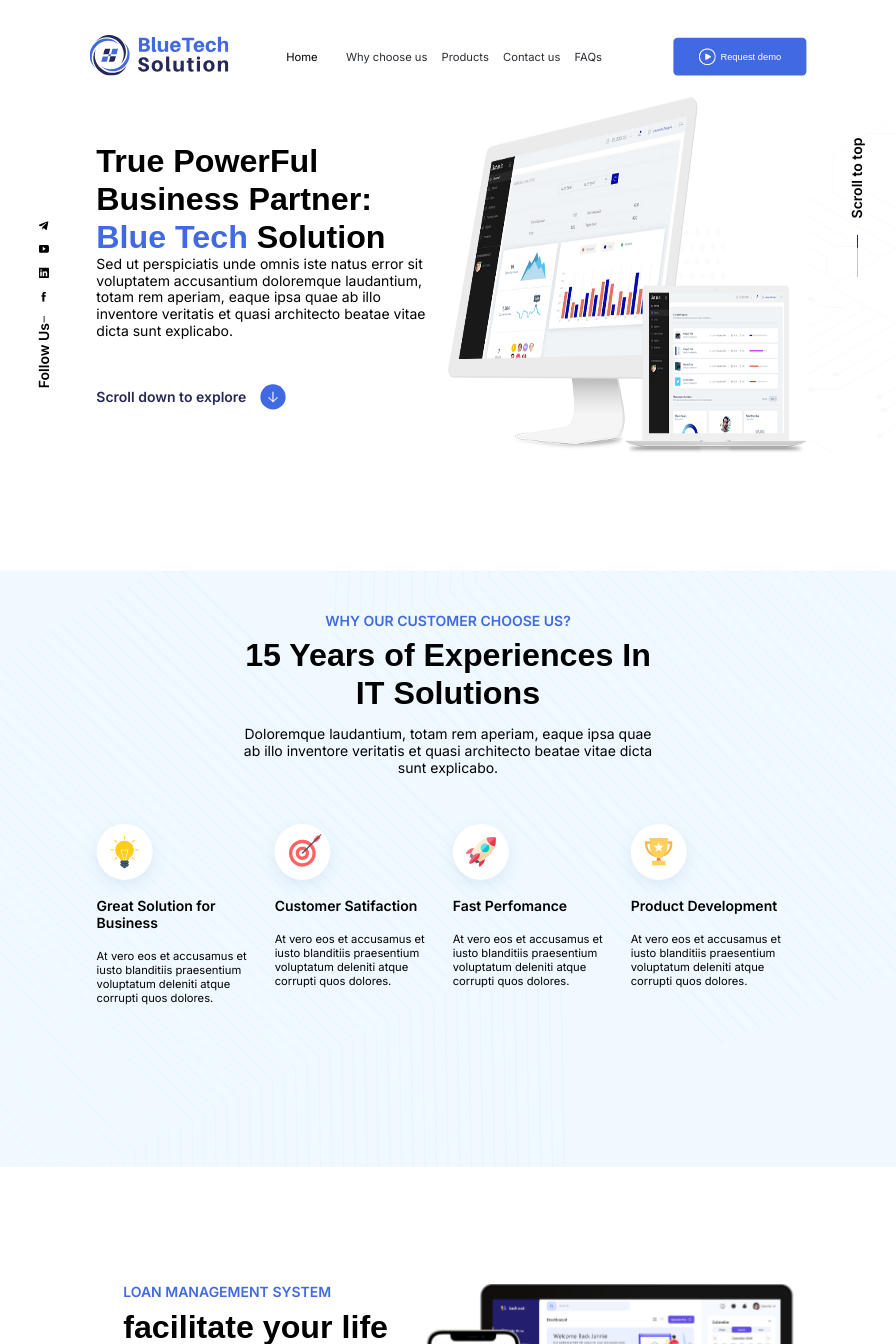
Repository: Chamsmey/static-html-css
Page: index.html
An editor plug-in stored every save of this project. The page is shown before and after a run of saves, followed by the edit.
The browser window is 1280 px wide. The pictures show the part of the page from y = 0 to 1920 px (the page is 3034 px tall), at 70% of full size.
Some web fonts or font styles are not loaded; a fallback is used.

Above is the page before, as saved 2022-11-15 15:50:09.

### index.html
<!DOCTYPE html>
<html lang="en">

<head>
    <meta charset="UTF-8">
    <meta http-equiv="X-UA-Compatible" content="IE=edge">
    <meta name="viewport" content="width=device-width, initial-scale=1.0">
    <title>Blue Tech Solution</title>
    <link rel="stylesheet" href="./css/style.css">
    <link rel="shortcut icon" href="./icons/BlueTech solution _ Logo.svg" type="image/x-icon">
</head>

<body>

    <!-- /// navbar  -->
    <div class="container">
        <nav>
            <div class="logo_group">
                <img src="./icons/BlueTech solution _ Logo.svg" alt="">
            </div>
            <ul class="nav_menu flex_evenly_center">
                <a href="#">
                    <li class="menu_items">Home</li>
                </a>
                <a href="#choose_us">
                    <li class="menu_items">Why choose us
                </a>
                <a href="#products">
                    <li class="menu_items">Products
                </a>
                <a href="#contact">
                    <li class="menu_items">Contact us
                </a>
                <a href="#faq">
                    <li class="menu_items">FAQs</li>
                </a>
            </ul>
            <button class="btn btn_primary">
                <img src="./icons/icon_play_circle.svg" alt="">
                <span>Request demo</span>
            </button>
        </nav>
        <!-- // home  -->
        <section id="home" class="">
            <!-- si=============side left ========= -->
            <div id="side_left" class="flex_beteen_center">

                <div id="follow_social">
                    <div class="icon_group flex_col">
                        <img class="follow_icon" width="15.02px" height="12.6px" src="./icons/icon_telegram.svg" alt="">
                        <img class="follow_icon" width="14.98px
                        " height="11.24px" src="./icons/icon_youtube.svg" alt="">
                        <img class="follow_icon" width="15px" height="15px" src="./icons/icon_linkedIn.svg" alt="">
                        <img class="follow_icon" width="7.5px" height="15px" src="./icons//Icon_facebook.svg" alt="">
                        <img class="follow_icon" width="2px" height="10px" src="./icons//icon_I.svg" alt="">

                        <h5 class="text_tranform text_sm text_center my_25"> Follow Us </h5>

                    </div>
                </div>
                <div id="content">
                    <div class="">
                        <h1 class="text_3xl" >True PowerFul Business Partner: <span class="text_3xl color_primary">Blue Tech </span>Solution</h1>
                        <p class="text_sm">Sed ut perspiciatis unde omnis iste natus error sit voluptatem
                            accusantium doloremque laudantium, totam rem aperiam, eaque ipsa quae ab
                            illo inventore veritatis et quasi architecto
                            beatae vitae dicta sunt explicabo.</p>
                    </div>
                    <div class="">
                        <div id="scroll_icon">
                            <h4 class="text_sm color_secodary">Scroll down to explore</h4>
                            <div class="icon_circle bg_primary ml_10">
                                <img src="./icons/icon_arrow_down_white.png" alt="">
                            </div>
                        </div>

                    </div>

                </div>
            </div>
            <!-- /////////////// side right  -->
            <div id="side_right">
                <img src="./images/home/01.jpg" alt="">
            </div>
        </section>
        </section>

        <!-- choose us -->
        <section id="choose_us" class="choose_us_section bg_primary">
            <div class="header">
                <div class="section_header">
                    <h4 class="text_sm color_primary text_upper mt_50">
                        Why our customer choose us?
                    </h4>
                    <h1 class="text_3xl my_10">
                        15 Years of Experiences
                        In IT Solutions
                    </h1>
                    <p class="text_sm my_10">
                        Doloremque laudantium, totam rem aperiam,
                        eaque ipsa quae ab illo inventore veritatis et quasi architecto beatae
                        vitae dicta sunt explicabo.
                    </p>
                </div>
            </div>
            <div class="card_group_items">
                <div class="card_group flex_beteen_start">
                    <div class="card">
                        <div class="card_header">
                            <div class="icon_circle bg_white icon_80x_80x box_shadow">
                                <img src="./icons/icon_light.svg" alt="">
                            </div>
                        </div>
                        <div class="card_body">
                            <h4 class="text_sm my_25">Great Solution for Business</h4>
                            <p class="text_ms my_10">At vero eos et accusamus et iusto blanditiis praesentium
                                voluptatum deleniti atque corrupti quos dolores.</p>
                        </div>
                    </div>
                    <div class="card">
                        <div class="card_header">
                            <div class="icon_circle bg_white icon_80x_80x box_shadow">
                                <img class="posttion_absolute_center" src="./icons/icon_focus.svg" alt="">
                            </div>
                        </div>
                        <div class="card_body">
                            <h4 class="text_sm my_25">Customer Satifaction</h4>
                            <p class="text_ms my_10">At vero eos et accusamus et iusto blanditiis praesentium
                                voluptatum deleniti atque corrupti quos dolores.</p>
                        </div>
                    </div>
                    <div class="card">
                        <div class="card_header">
                            <div class="icon_circle bg_white icon_80x_80x box_shadow">
                                <img src="./icons/icon_rocket.svg" alt="">
                            </div>
                        </div>
                        <div class="card_body">
                            <h4 class="text_sm my_25">Fast Perfomance</h4>
                            <p class="text_ms my_10">
                                At vero eos et accusamus et iusto blanditiis praesentium
                                voluptatum deleniti atque corrupti quos dolores.</p>
                        </div>
                    </div>
                    <div class="card">
                        <div class="card_header">
                            <div class="icon_circle bg_white icon_80x_80x box_shadow">
                                <img src="./icons/icon_champion.svg" alt="">
                            </div>
                        </div>
                        <div class="card_body">
                            <h4 class="text_sm my_25">Product Development</h4>
                            <p class="text_ms my_10">At vero eos et accusamus et iusto blanditiis praesentium
                                voluptatum deleniti atque corrupti quos dolores.</p>
                        </div>
                    </div>
                </div>
            </div>
            <div class="scroll_bar">
                <h4 class="scroll_bar_title text_sm text_tranform py_30">
                 Scroll to top
                </h4>

                <div class="bar">
                    <img src="./icons/icon_scroll_bar.svg" alt="">
                </div>
            </div>
        </section>
    </div>
    <div>

    </div>
    <!-- product  -->
    <div class="container">
        <section id="products" class="products_section">
            <div class="product_description">
                <h4 class="text_sm text_upper color_primary">Loan Management system</h4>
                <h1 class="text_3xl mt_10">
                    facilitate your life and business
                </h1>
                <p class="text_ms">We provide you with turnkey solutions to support the development
                    of your business and make a better life.</p>
                    <div class="product_values flex_beteen_start">
                        <div class="product_value flex_align_center mt_20">
                            <img src="./icons/icon_percent.svg" alt="">
                            <p class="text_sm text_simibold ml_20">Eliminating human error</p>
                        </div>
                        <div class="product_value flex_align_center mt_20">
                            <img src="./icons/icon_micro.svg" alt="">
                            <p class="text_sm text_simibold ml_20">Automated reporting</p>
                        </div>
                        <div class="product_value flex_align_center mt_20">
                            <img src="./icons/icon_prevent.svg" alt="">
                            <p class="text_sm text_simibold ml_20">Preventing delays in payment</p>
                        </div>
                        <div class="product_value flex_align_center mt_20">
                            <img src="./icons/icon_sms.svg" alt="">
                            <p class="text_sm text_simibold ml_20">Increased revenue</p>
                        </div>
                        <div class="product_value flex_align_center mt_20">
                            <img src="./icons/icon_save.svg" alt="">
                            <p class="text_sm text_simibold ml_20">Saving time</p>
                        </div>
                    </div>
                <button class="btn btn_primary mt_50"><a href="#" class="color_white">Explore more</a> <img src="./icons/icon_arrow_right.svg" alt=""></button>
            </div>
            <div class="product_bg">
                <img src="./images/product.svg" alt="">

            </div>

        </section>
        <section id="products" class="products_section">
            <div class="product_bg">
                <img src="./images/products/products.svg" alt="">

            </div>
            <div class="product_description">
                <h4 class="text_sm text_upper color_primary">Loan Management system</h4>
                <h1 class="text_3xl mt_10">
                    facilitate your life and business
                </h1>
                <p class="text_ms">We provide you with turnkey solutions to support the development
                    of your business and make a better life.</p>
                    <div class="product_values flex_beteen_start">
                        <div class="product_value flex_align_center mt_20">
                            <img src="./icons/icon_percent.svg" alt="">
                            <p class="text_sm text_simibold ml_20">Eliminating human error</p>
                        </div>
                        <div class="product_value flex_align_center mt_20">
                            <img src="./icons/icon_micro.svg" alt="">
                            <p class="text_sm text_simibold ml_20">Automated reporting</p>
                        </div>
                        <div class="product_value flex_align_center mt_20">
                            <img src="./icons/icon_prevent.svg" alt="">
                            <p class="text_sm text_simibold ml_20">Preventing delays in payment</p>
                        </div>
                        <div class="product_value flex_align_center mt_20">
                            <img src="./icons/icon_sms.svg" alt="">
                            <p class="text_sm text_simibold ml_20">Increased revenue</p>
                        </div>
                        <div class="product_value flex_align_center mt_20">
                            <img src="./icons/icon_save.svg" alt="">
                            <p class="text_sm text_simibold ml_20">Saving time</p>
                        </div>
                    </div>
                <button class="btn btn_primary mt_50"><a href="#" class="color_white">Explore more</a> <img src="./icons/icon_arrow_right.svg" alt=""></button>
            </div>


        </section>

    </div>
    <!-- contact  -->
    <section id="contact" class="contact_us_section">

    </section>

    <!-- FAQs  -->
    <section id="faq" class="faq_section">

    </section>
    </div>

    <!-- footer -->
    <footer>

    </footer>
</body>

</html>

### css/style.css
@import url("https://fonts.cdnfonts.com/css/recoleta");
@import url("https://fonts.googleapis.com/css2?family=Inter:wght@100;200;300;400;500;600&family=Open+Sans:ital,wght@0,300;0,400;1,300&display=swap");

* {
  padding: 0;
  margin: 0;
  box-sizing: border-box;
  scroll-behavior: smooth;
}
/* root  */
:root {
  /* color  */
  --color-primary: #4169e1;
  --color-secondary: #262856;
  --bg-color-:#F0F9FF
;
  --color-black: #292d33;
  --color-red: #c14040;
  --color-background: #f1f6fa;
  /* // font size  */
  --text-headline-1: 46px;
  --text-headline-2: 38px;
  --text-headline-3: 30px;
  --text-headline-4: 22px;
  --text-headline-6:18px;
  --text-paragraph-1: 20px;
  --text-paragraph-2: 16px;
  --text-paragraph-3:14px;
  /* // font  family  */
  --heading-font: "Recoleta", sans-serif;
  --paragraph-font: "Open Sans", sans-serif;
  --sub-heading-font: "Inter", sans-serif;
}
/* nav/ */
.color_primary {
  color: var(--color-primary);
}
.color_secodary{
  color: var(--color-secondary);
}
.bg_white{
  background:#fff;
}

/* // text style  */
.text_sm{
  font-size: var(--text-paragraph-1);
  font-family: var(--sub-heading-font);

}
.text_ms{
  font-size: var(--text-paragraph-2);
  font-family: var(--sub-heading-font);
}
.text_3xl{
  font-size: var(--text-headline-1);
  font-family: var(--heading-font);
}
.text_2xl{
  font-size: var(--text-headline-2);
  font-family: var(--heading-font);
}
.text_xl{
  font-size: var(--text-headline-3);
  font-family: var(--heading-font);
}
.text_md{
  font-family: var(--sub-heading-font);
  font-size: var( --text-headline-2);
}
.text_sm_bold{
  font-size: 700;
}

.text_thin{
  font-weight: 400;
}
.text_simibold{
  font-weight: 600;
}
.text_bold{
  font-weight: 700;
}
.text_upper{
  text-transform: uppercase;
}
.text_center {
  text-align: center;
}
.ml_10{
  margin-left: 10px;
}
/* // margin  */
.my_25{
  margin: 25px 0;
}

.my_10{
  margin: 10px 0;
}
.mt_50 {
  margin-top: 50px;
}

.mt_30 {
  margin-top: 30px;
}
.mt_50{
  margin-top: 50px;
}
.mt_20{
  margin-top: 20px;
}
.mt_10{
  margin-top: 10px;
}
.ml_10{
  margin-left: 20px;
}
.ml_20{
  margin-left: 10px;
}

/* // padding */
.px_20{
    padding: 0 20px;
}
.py_10{
  padding: 10px 0;
}

.py_30{
  padding: 30px 0;
}
.px_30{
    padding: 0 30px;
}

/* // flexbox */
.flex_beteen_center {
    display: flex;
    justify-content: space-between;
    flex-wrap: wrap;
    align-items: center;
  }
  .flex_align_center{
    display: flex;
    align-items: center;
  }
  .flex_beteen_start {
    display: flex;
    justify-content: space-between;
    flex-wrap: wrap;
    align-items: flex-start;
  }
  .flex_evenly_center {
    display: flex;
    justify-content: space-evenly;
    flex-wrap: wrap;
    align-items: center;
  }

  .postion_absolute{
    position:absolute;
  }


.box_shadow{
  box-shadow: 0px 8px 24px rgba(53, 95, 158, 0.1);
}
/* ============ */

.container{
  width: 100%;
  margin: auto;
  margin-top: 50px;
}
nav {
  width: 80%;
  margin: 27px auto;
  display: flex;
  justify-content: space-between;
  align-items: center;
}


.nav_menu {
  width: 50%;
  list-style-type: none;
  box-sizing: border-box;
}
a {
  color: var(--color-black);
}
.menu_items {
  color: black;
/* margin-right: 10%; */
  font-family: "Inter", sans-serif;
  font-style: normal;
  font-weight: 400;
  font-size: 16px;
}
a {
  text-decoration: none;
}

.bg_primary {
  background: var(--color-primary);
}
.btn {
  Width:190px;
  Height:54px;
  display: flex;
  flex-direction: row;
  justify-content: space-evenly;
  align-items: center;
  padding: 11px 30px;
  border: none;
  border-radius: 6px;
}
.btn_primary{
  color: white;
  background:var(--color-primary);

}
.color_white{
  color: white;
}
/* home  */
#home {
    width: 100%;
    display: flex;
    margin: auto;
    justify-content: space-evenly;
}

.h1_title {
  font-size: 46px;
  font-family: var(--heading-font);
}
#side_left {
    width: 50%;
    padding: 1rem;
    display: flex;
    justify-content: space-between;
    /* background: red; */
}
#side_right{
  width: 50%;
  background-image: url(../images/home/frame_home.svg);
  background-position: center;
  background-repeat: no-repeat;
  background-size: cover;
  /* overflow: hidden; */

  display: flex;
  /* align-items: center; */
  /* background: green; */
}
#side_right img {
  width: 80%;
height: 509px;

}
#content {
    width: 80%;

    /* margin-top: 1rem; */
    /* padding:0em 8em ; */
    /* background: #d/dd; */
}
.flex_col {
  display: flex;
  flex-direction: column;
  flex-wrap: wrap;
}
.follow_icon {
  flex: 1;

  margin: 10px auto 10px auto;
}
#follow_social {
  margin-top: 4em;

}
.text_tranform {
  transform: rotate(-90deg);
}

#scroll_icon{
    margin-top: 4em;
    display: flex;
    align-items: center;
}
.posttion_absolute_center{
  position: absolute;
  left: 55%;
  top:48%;
  transform:translate(-50%, -50%);
}
.icon_circle{
  position: relative;
    width: 36px;
    padding: 5px;
    height: 36px;
    display: flex;
    justify-content: center;
    align-items: center;
    border-radius: 50%;
}

/* choose section  */
.choose_us_section{

  width: 100%;
  background:var(--bg-color-);
  background-image: url(../images/choose_page/frame_choose_us.svg);
  margin: 167px auto;
  display: flex;
  flex-direction: column;
  height: 852px;


}
.section_header{
  height: 352px;

  ;
}

.header .section_header{
  width: 49%;
  text-align: center;
  padding: 10px;
  display: flex;
  flex-direction: column;
  align-items: center;
  margin: auto;

}
.card_group_items{

  width: 80%;
  padding: 10px;
  display: block;
  margin: auto;
}
.card_group{
  height: 500px;
  /* background: #000; */

}
.card{
  width: 24%;
height: 300px;
/* background:gray; */

}

.icon_80x_80x{
  width: 80px;
  height: 80px;
}
.icon_center{
  left: 31.8%;

}

.scroll_bar{
  position: fixed;
  z-index: 10;
  display: flex;

  flex-direction: column;
  justify-content: space-between;
  align-items:center;
  width: 50px;
  height: 200px;
  /* background: red; */
  left: 1200px;
  top: 200px;

}

.scroll_bar_title{
    column-width: auto;
    width: 140px;
    padding-left: 0px;
    /* background: blue; */
}


/* ========productsection ===== */

.products_section{
  width: 100%;
  padding: 0 ;
  margin: auto;
  height: 600px;

  display: flex;
  /* justify-content: space-between; */
/* background: #ddd; */
}

.product_description{
 width: 45%;
  /* background:red; */
  padding-left: 11em;
}
.product_value{
  width: 50%;
}
.product_bg{
  width: 50%;
  /* background: #000; */
  display: flex;
  justify-content:center;
  align-items: flex-start;
  background-image: url(../images/products/frame_pro_section.svg);
  /* background-color: #cccccc;  */
  background-position: center;
  background-repeat: no-repeat;
  background-size: cover;
}

.product_bg img{
  width: 90%;
  box-sizing: border-box;
}

After the next 2 saves:
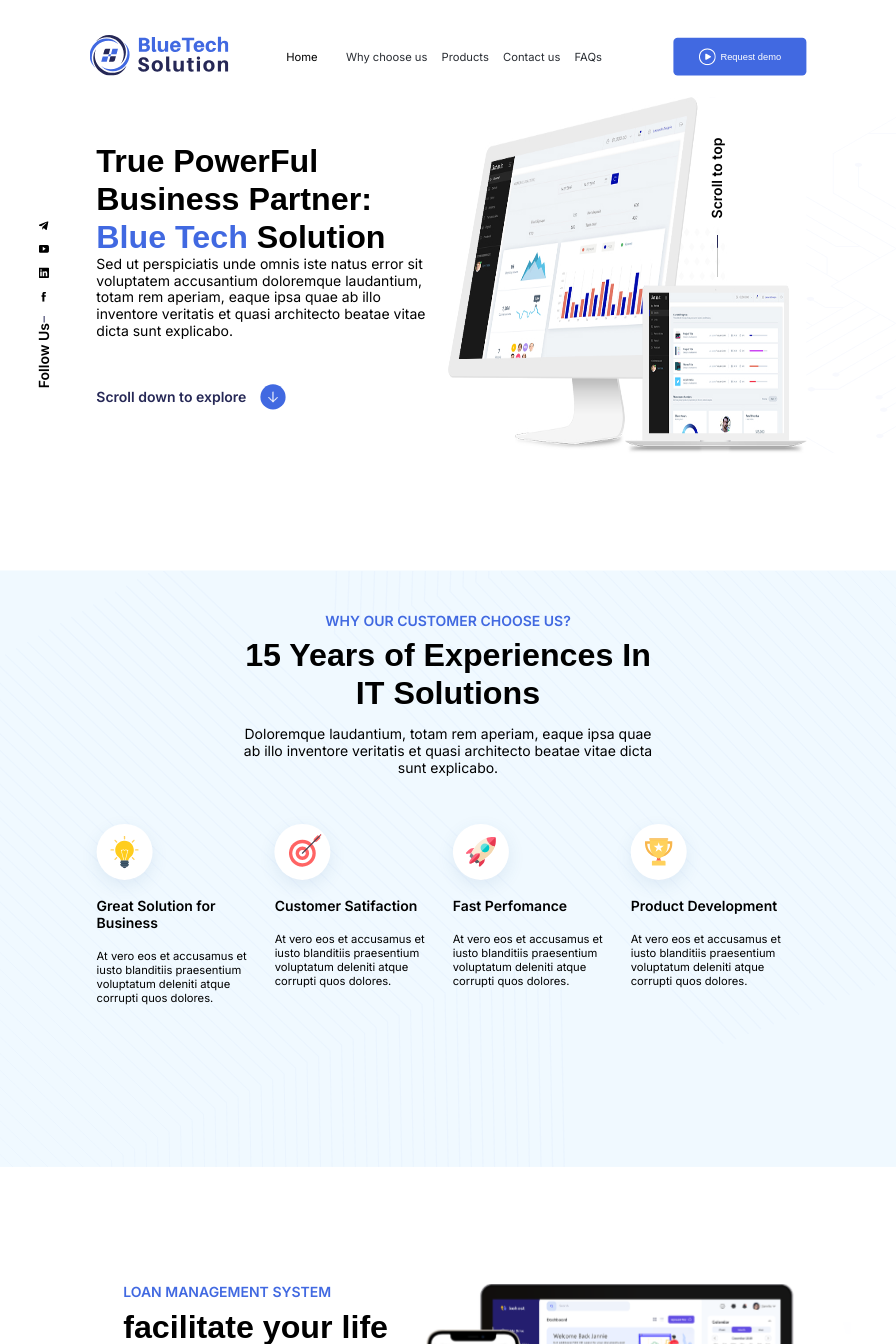
The 2 saves are shown as one change because they came seconds apart.
The last was saved 8 s later.
--- a/css/style.css
+++ b/css/style.css
@@ -377,7 +377,7 @@ height: 300px;
   width: 50px;
   height: 200px;
   /* background: red; */
-  left: 1200px;
+  left: 1000px;
   top: 200px;
 
 }
